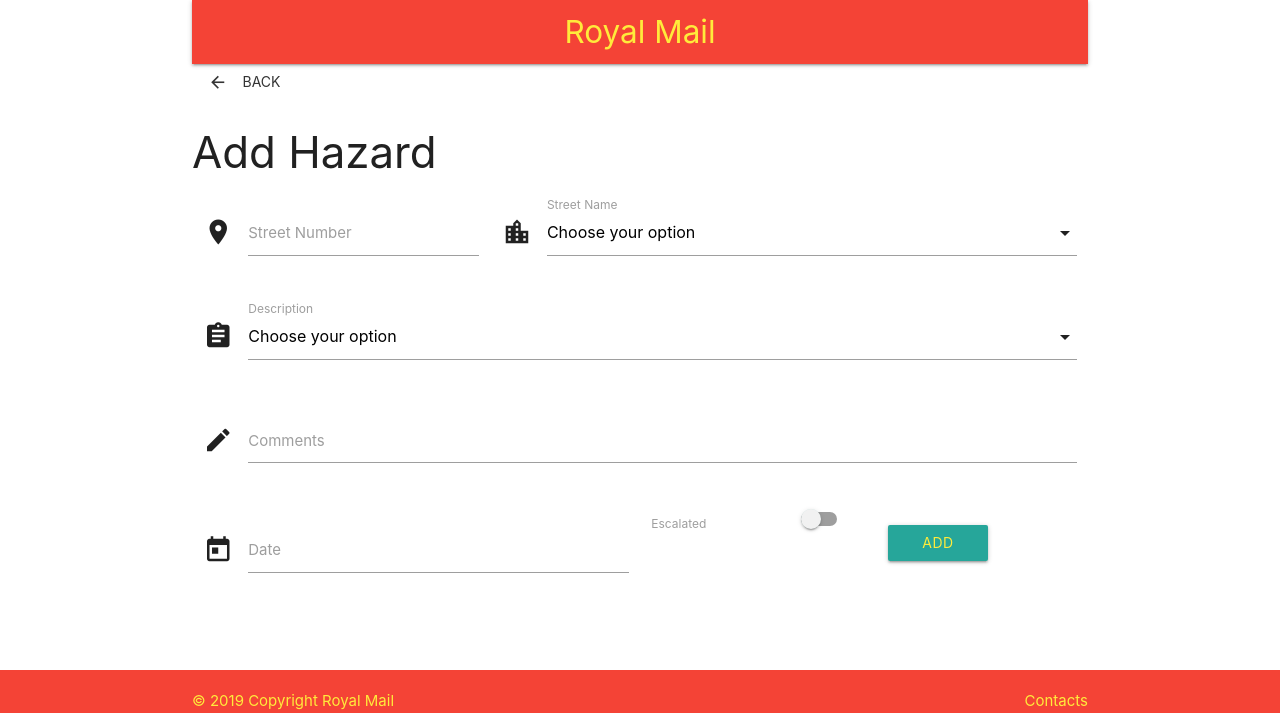
Repository: bandyp/Postal-Reminders
Page: http://localhost/add_hazard
The author's editor kept a record of every edit. The page is drawn from the files as they stood at one moment, then again after the next edit.
The browser window is 1280 px wide. The pictures show the whole page.
The page is served by the project's application, run on Flask 3 (app.py).

Above is the page before.
Console error: ReferenceError: autoClose is not defined

### templates/addhazard.html
{% extends 'base.html' %} {% block content %}
<nav>
    <div class="nav-wrapper red">
        <a href="{{ url_for('goto_home') }}" class="brand-logo yellow-text center">Royal Mail</a>
    </div>
</nav>
<a href="{{ url_for('goto_home') }}" class="waves-effect waves-light btn-flat"><i class="material-icons left">arrow_back</i>Back</a>
<h3>Add Hazard</h3>
<div class="row">
    <form action="{{ url_for('insert_hazard') }}" method="POST" class="col s12">
        <div class="row">
            <div class="input-field col s4">
                <i class="material-icons prefix">location_on</i>
                <input id="number" name="number" type="text" class="validate">
                <label for="number">Street Number</label>
            </div>
            <div class="input-field col s8">
                <i class="material-icons prefix">location_city</i>
                <select id="street_name" name="street_name">
                      <option value="" disabled selected>Choose your option</option>
                      <option value="Milverton Gn">Milverton Gn</option>
                      <option value="Lemington Rd">Lemington Rd</option>
                      <option value="Horace Brightman Cl">Horace Brightman Cl</option>
                      <option value="Lighthorn Rs">Lighthorn Rs</option>
                      <option value="Morrel Cl">Morrel Cl</option>
                      <option value="Quickswood">Quickswood</option>
                      <option value="Willenhall Cl">Willenhall Cl</option>
                      <option value="Speedwell Cl">Speedwell Cl</option>
                      <option value="Sorrell Cl">Sorrell Cl</option>
                      <option value="Celandine Dv">Celandine Dv</option>
                      <option value="Lucas Gardens">Lucas Gardens</option>
                      <option value="Freeman Av">Freeman Av</option>
                      <option value="Whitehorse Vale">Whitehorse Vale</option>
                </select>
                <label>Street Name</label>
            </div>
        </div>
        <div class="row">
            <div class="input-field col s12">
                <i class="material-icons prefix">assignment</i>
                <select id="incident_description" name="incident_description">
                    <optgroup label="Animal" id="incident_description" name="incident_type">
                        <option value="" disabled selected>Choose your option</option>
                        <option value="Animal Hazard: Dog snapping at mail">Dog snapping at mail</option>
                        <option value="Animal Hazard: Loose Dog">Loose Dog</option>
                        <option value="Animal Hazard: Other">Other</option>
                    </optgroup>
                    <optgroup label="Access" id="incident_type" name="incident_type">
                        <option value="Access Hazard: Unsafe Pathway">Unsafe Pathway</option>
                        <option value="Access Hazard: Contruction">Contruction</option>
                        <option value="Access Hazard: Other">Other</option>
                    </optgroup>
                    <optgroup label="People" id="incident_type" name="incident_type">
                        <option value="People Hazard: Possible criminal activity">Suspicious activity</option>
                        <option value="People Hazard: Aggressive/abusive behaviour">Aggressive/abusive behaviour</option>
                        <option value="People Hazard: Health concern for customer">Concern for customer health and safety</option>
                        <option value="People Hazard: Other">Other</option>
                    </optgroup>
                </select>
                <label>Description</label>
            </div>

        </div>
        <div class="row">
            <div class="input-field col s12">
                <i class="material-icons prefix">mode_edit</i>
                <textarea id="comments" name="comments" class="materialize-textarea" data-length="120"></textarea>
                <label for="Comments">Comments</label>
            </div>
        </div>
        <div class="row">

            <div class="input-field col s6">
                <i class="material-icons prefix">today</i>
                <input id="date_reported" name="date_reported" type="text" class="datepicker">
                <label for="icon_prefix">Date</label>
            </div>

            <div class="switch col s3">
                <label>
                    <input id="management_aware" name="management_aware" type="checkbox">
                    <span class="lever right"></span>
                      Escalated
                </label>
            </div>
            <div class="submit col s3">
                <button class="btn waves-effect yellow-text waves-light" type="submit" name="action">Add Hazard</button>
            </div>
        </div>
    </form>
</div>

{% endblock %}

### templates/base.html
<!DOCTYPE html>
<html lang="en">

<head>
  <!-- Required meta tags -->
  <meta charset="utf-8">
  <meta name="viewport" content="width=device-width, initial-scale=1, shrink-to-fit=no">

  <!-- Framework CSS -->
  <link href="https://fonts.googleapis.com/icon?family=Material+Icons" rel="stylesheet">
  <link rel="stylesheet" href="https://cdnjs.cloudflare.com/ajax/libs/materialize/1.0.0/css/materialize.min.css">
  <link rel="stylesheet" href="{{url_for('static', filename='style.css')}}" type="text/css" />
  <style>
    #expand {
      margin-top: 1vh;
      margin-bottom: 1vh;
    }
    body {
      display: flex;
      min-height: 100vh;
      flex-direction: column;
    }
    main {
      flex: 1 0 auto;
    }
  </style>
  <title>Postal</title>
</head>

<body>
  <div class="container">
    {% block content %} {% endblock %}
  </div>
  <footer id="expand" class="page-footer red yellow-text">

    <div class="container">
      © 2019 Copyright Royal Mail
      <a class="yellow-text red right" href="https://www.myroyalmail.com/Contacts">Contacts</a>
    </div>

  </footer>
  <script src="https://cdnjs.cloudflare.com/ajax/libs/materialize/1.0.0/js/materialize.min.js"></script>
  <script src="https://code.jquery.com/jquery-3.4.1.min.js" integrity="sha256-CSXorXvZcTkaix6Yvo6HppcZGetbYMGWSFlBw8HfCJo=" crossorigin="anonymous"></script>
  <script>
    document.addEventListener('DOMContentLoaded', function() {
      var elems = document.querySelectorAll('.fixed-action-btn');
      var instances = M.FloatingActionButton.init(elems, {
        toolbarEnabled: true
      });
    });

    document.addEventListener('DOMContentLoaded', function() {
      var elems = document.querySelectorAll('select');
      var instances = M.FormSelect.init(elems);
    });

    document.addEventListener('DOMContentLoaded', function() {
      var elems = document.querySelectorAll('.datepicker');
      var instances = M.Datepicker.init(elems, autoClose);
    });
  </script>
</body>

</html>

### app.py
import os
from flask import Flask, render_template, redirect, request, url_for
from flask_pymongo import PyMongo
from bson.objectid import ObjectId

app = Flask(__name__)
app.config["MONGO_DBNAME"] = 'route_reminders'
app.config["MONGO_URI"] = 'mongodb+srv://bandyp:Ema1LandreW@myfirstcluster-ehsli.mongodb.net/route_reminders?retryWrites=true&w=majority'

mongo = PyMongo(app)

@app.route('/')
@app.route('/reminders')
def reminders():
    return render_template("login.html")

@app.route('/get_incidents')
def get_incidents():
    return render_template("incidents.html", incidents=mongo.db.incidents.find())

@app.route('/insert_hazard', methods=['POST'])
def insert_hazard():
    incidents = mongo.db.incidents
    incidents.insert_one(request.form.to_dict())
    return redirect(url_for('get_incidents'))

@app.route('/add_hazard')
def add_hazard():
    return render_template("addhazard.html")

@app.route('/add_access')
def add_access():
    return render_template("addaccess.html")

@app.route('/add_request')
def add_request():
    return render_template("addrequest.html")

@app.route('/goto_home')
def goto_home():
    return render_template("incidents.html")

@app.route('/see_route')
def see_route():
    return render_template("route.html")




if __name__ == '__main__':
    app.run(host=os.environ.get('IP'),
            port=int(os.environ.get('PORT')),
            debug=True)

### static/style.css

/* to allow for footer */
body {
    display: flex;
    min-height: 100vh;
    flex-direction: column;
}

/* to allow for footer */
main {
    flex: 1 0 auto;
}

/* raised main page to be higher above footer */
.page {
    margin-bottom: 10vh;
}

/* to make all buttons consistent */
.btn {
     margin:1vw;
     width: 100px;
}

/* elements of footer */
footer {
    position: fixed;
    bottom: 0;
    left: 0;
    width: 100%;
    z-index: +1000;
}

/* raise the button to be higher than the footer */
.incident_button {
    margin-bottom: 8vh;
}

After the next edit:
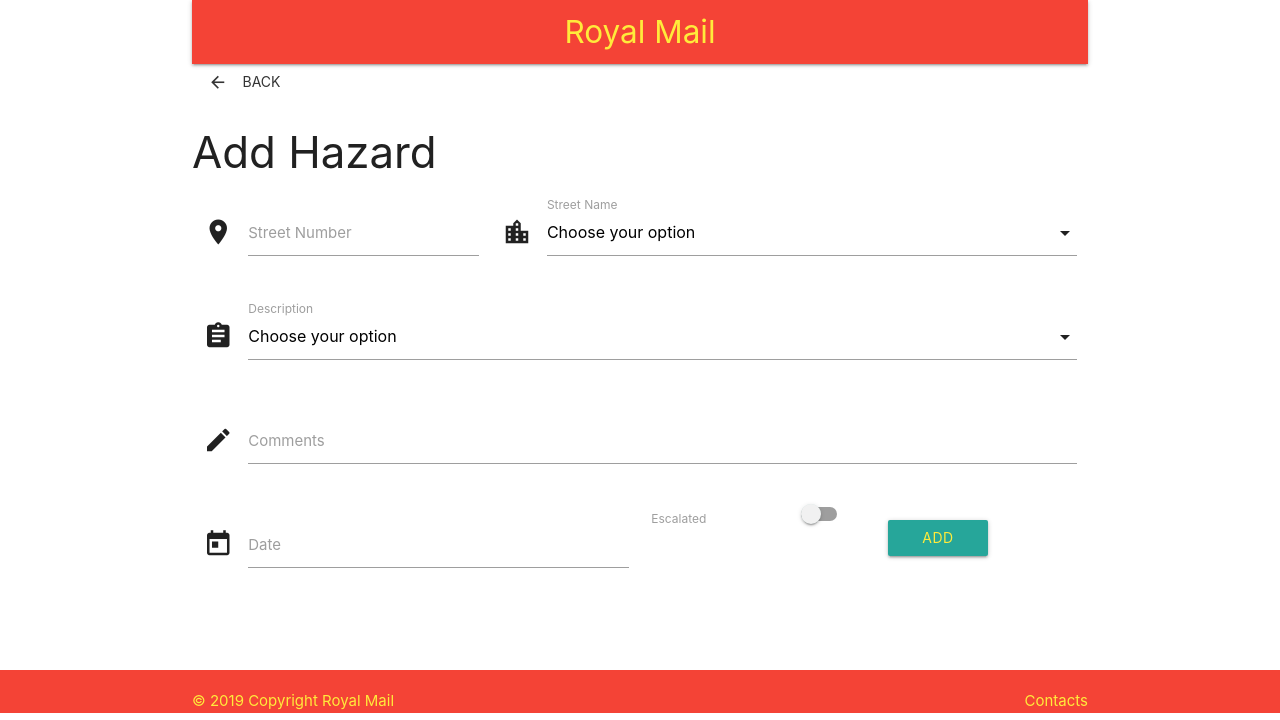
The edit:
--- a/templates/addhazard.html
+++ b/templates/addhazard.html
@@ -64,7 +64,7 @@
         <div class="row">
             <div class="input-field col s12">
                 <i class="material-icons prefix">mode_edit</i>
-                <textarea id="comments" name="comments" class="materialize-textarea" data-length="120"></textarea>
+                <input id="comments" name="comments" type="text" class="validate">
                 <label for="Comments">Comments</label>
             </div>
         </div>
